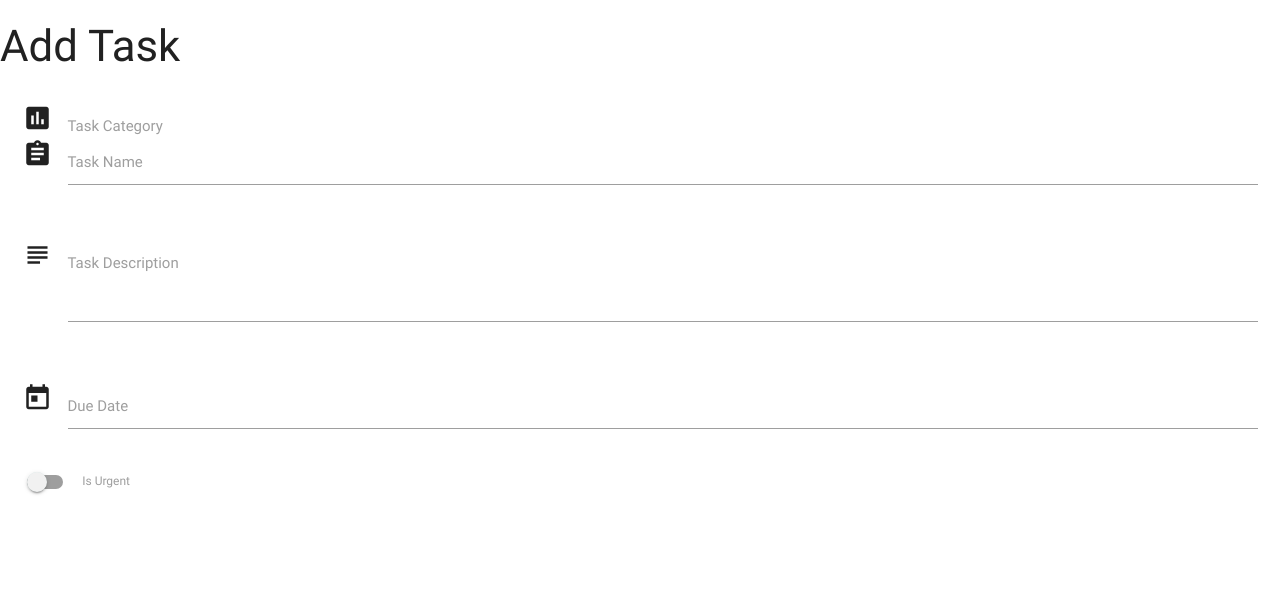
Repository: benbourgeois/task-manager
Page: http://localhost/add_task
The author's editor kept a record of every edit. The page is drawn from the files as they stood at one moment, then again after the next edit.
The browser window is 1280 px wide. The pictures show the whole page.
Some web libraries are served in a nearby version. The page is served by the project's application, run on Flask 3 (app.py). Queries for data that is not in the repository find no rows.

Above is the page before.
Console error: TypeError: $(...).formSelect is not a function

After the next edit:
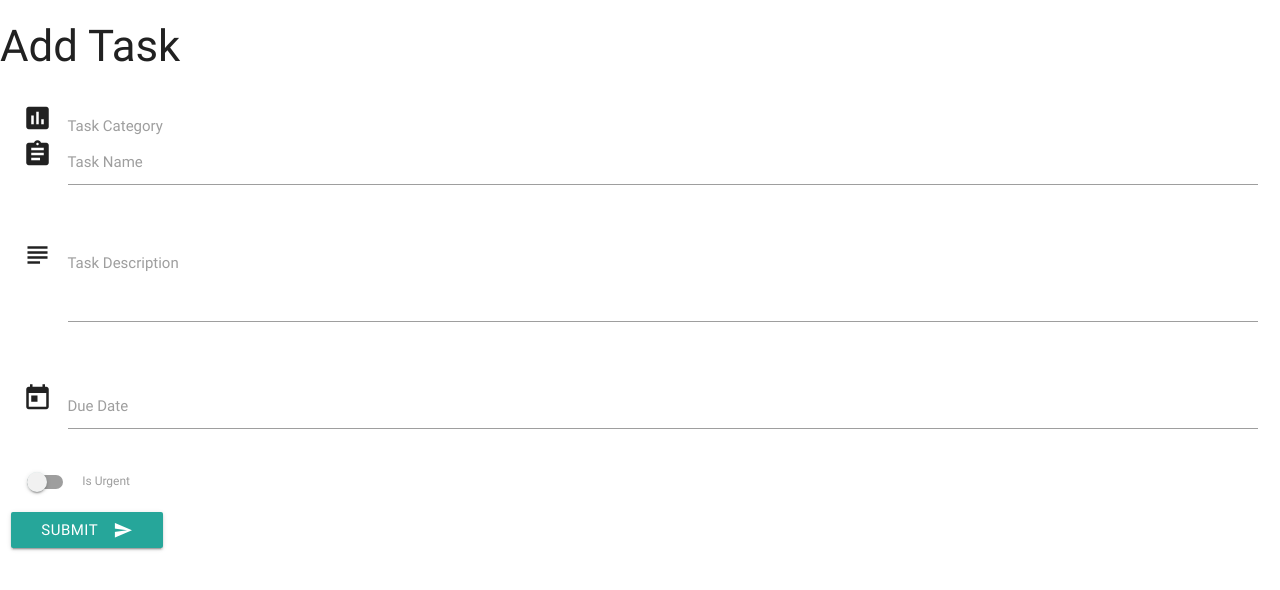
The edit:
--- a/templates/addtask.html
+++ b/templates/addtask.html
@@ -45,6 +45,11 @@
                 </label>
             </div>
         </div>
+        <div class="row">
+        <button class="btn waves-effect waves-light" type="submit" name="action">Submit
+    <i class="material-icons right">send</i>
+  </button>
+
     </form>
 </div>
 
